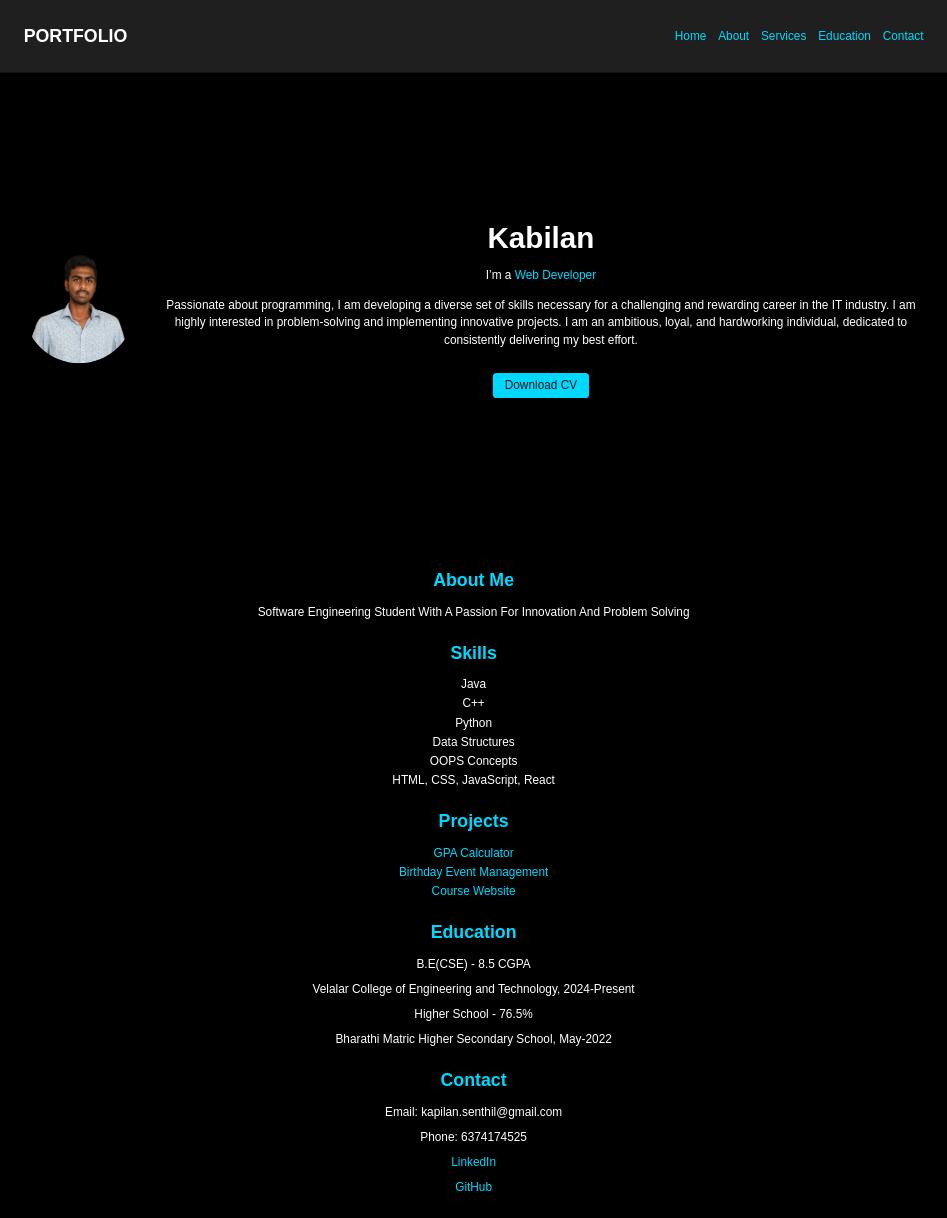
Repository: KabilanCoding/Kabilan_Portfolio
Page: /
An editor plug-in stored every save of this project. The page is shown before and after the next save, followed by the edit.
The browser window is 1280 px wide. The pictures show the whole page, at 74% of full size.
The project was rebuilt for these pictures with package versions that can differ from the ones it lists, and the page was loaded fresh each time.

Above is the page before, as saved 2024-07-23 20:23:05.

### src/App.js
import React from 'react';
import Home from './components/Home';
import About from './components/About';
import Skills from './components/Skills';
import Projects from './components/Projects';
import Education from './components/Education';
import Contact from './components/Contact';
import './App.css';  // Assuming you have a CSS file for styling

const App = () => {
    return (
        <div className="App">
            <Home />
            <About />
            <Skills />
            <Projects />
            <Education />
            <Contact />
        </div>
    );
};

export default App;

### src/components/Home.js
import React from 'react';
import './Home.css';  // Assuming you have a CSS file for styling
import profilePic from '../images/1.png';  // Adjust the path

const Home = () => {
    return (
        <div className="home">
            <nav className="navbar">
                <div className="logo">PORTFOLIO</div>
                <ul>
                    <li><a href="#home">Home</a></li>
                    <li><a href="#about">About</a></li>
                    <li><a href="#services">Services</a></li>
                    <li><a href="#education">Education</a></li>
                    <li><a href="#contact">Contact</a></li>
                </ul>
            </nav>
            <header className="header">
                <div className="profile-pic">
                    <img src={profilePic} alt="Kabilan" />
                </div>
                <div className="intro">
                    <h1>Kabilan</h1>
                    <p>I’m a <span>Web Developer</span></p>
                    <p>Passionate about programming, I am developing a diverse set of skills necessary for a challenging and rewarding career in the IT industry. I am highly interested in problem-solving and implementing innovative projects. I am an ambitious, loyal, and hardworking individual, dedicated to consistently delivering my best effort.</p>
                    <a href="https://drive.google.com/file/d/1bl25H6iOfh6Fz0hQTN4TIENDvZRnPhfm/view?usp=sharing" className="download-cv" target="_blank" rel="noopener noreferrer">
                        Download CV
                    </a>
                </div>
            </header>
        </div>
    );
};

export default Home;

### src/components/About.js
import React from 'react';

const About = () => {
    return (
        <div className="about">
            <h2>About Me</h2>
            <p>Software Engineering Student With A Passion For Innovation And Problem Solving</p>
        </div>
    );
};

export default About;

### src/components/Skills.js
import React from 'react';

const Skills = () => {
    return (
        <div className="skills">
            <h2>Skills</h2>
            <ul>
                <li>Java</li>
                <li>C++</li>
                <li>Python</li>
                <li>Data Structures</li>
                <li>OOPS Concepts</li>
                <li>HTML, CSS, JavaScript, React</li>
            </ul>
        </div>
    );
};

export default Skills;

### src/components/Projects.js
import React from 'react';

const Projects = () => {
    return (
        <div className="projects">
            <h2>Projects</h2>
            <ul>
                <li><a href="https://github.com/KabilanCoding/GPA-">GPA Calculator</a></li>
                <li><a href="https://github.com/KabilanCoding/Birthday-Event-Management/tree/master">Birthday Event Management</a></li>
                <li><a href="https://github.com/KabilanCoding/Course_Website">Course Website</a></li>
            </ul>
        </div>
    );
};

export default Projects;

### src/components/Education.js
import React from 'react';

const Education = () => {
    return (
        <div className="education">
            <h2>Education</h2>
            <p>B.E(CSE) - 8.5 CGPA</p>
            <p>Velalar College of Engineering and Technology, 2024-Present</p>
            <p>Higher School - 76.5%</p>
            <p>Bharathi Matric Higher Secondary School, May-2022</p>
        </div>
    );
};

export default Education;

### src/components/Contact.js
import React from 'react';

const Contact = () => {
    return (
        <div className="contact">
            <h2>Contact</h2>
            <p>Email: kapilan.senthil@gmail.com</p>
            <p>Phone: 6374174525</p>
            <p><a href="https://www.linkedin.com/in/kabilan-s-5602242a4/">LinkedIn</a></p>
            <p><a href="https://github.com/KabilanCoding/">GitHub</a></p>
        </div>
    );
};

export default Contact;

### src/App.css
.App {
  text-align: center;
}

.about, .skills, .projects, .education, .contact {
  margin: 2rem;
}

h2 {
  color: #00d9ff;
}

ul {
  list-style: none;
  padding: 0;
}

li {
  margin: 0.5rem 0;
}

a {
  color: #00d9ff;
  text-decoration: none;
}

a:hover {
  text-decoration: underline;
}

### src/components/Home.css
body {
    margin: 0;
    font-family: Arial, sans-serif;
    background-color: #000000;
    color: #ffffff;
}

.navbar {
    display: flex;
    justify-content: space-between;
    align-items: center;
    padding: 1rem 2rem;
    background-color: #1f1f1f;
}

.navbar .logo {
    font-size: 1.5rem;
    font-weight: bold;
}

.navbar ul {
    list-style: none;
    display: flex;
    gap: 1rem;
}

.navbar ul li {
    cursor: pointer;
}

.header {
    display: flex;
    align-items: center;
    justify-content: center;
    padding: 2rem;
    height: 80vh;
}

.profile-pic img {
    border-radius: 50%;
    width: 150px;
    height: 150px;
}

.intro {
    margin-left: 2rem;
}

.intro h1 {
    font-size: 2.5rem;
    margin: 0;
}

.intro p {
    font-size: 1rem;
    line-height: 1.5;
}

.intro span {
    color: #00d9ff;
}

.download-cv {
    display: inline-block;
    padding: 0.5rem 1rem;
    background-color: #00d9ff;
    color: #121212;
    text-decoration: none;
    font-size: 1rem;
    border-radius: 5px;
    margin-top: 1rem;
    transition: background-color 0.3s ease;
}

.download-cv:hover {
    background-color: #00b4cc;
}

Loaded but not shown: public/index.html (common file); src/index.js (common file); src/index.css (common file); src/reportWebVitals.js (common file)

After the next save:
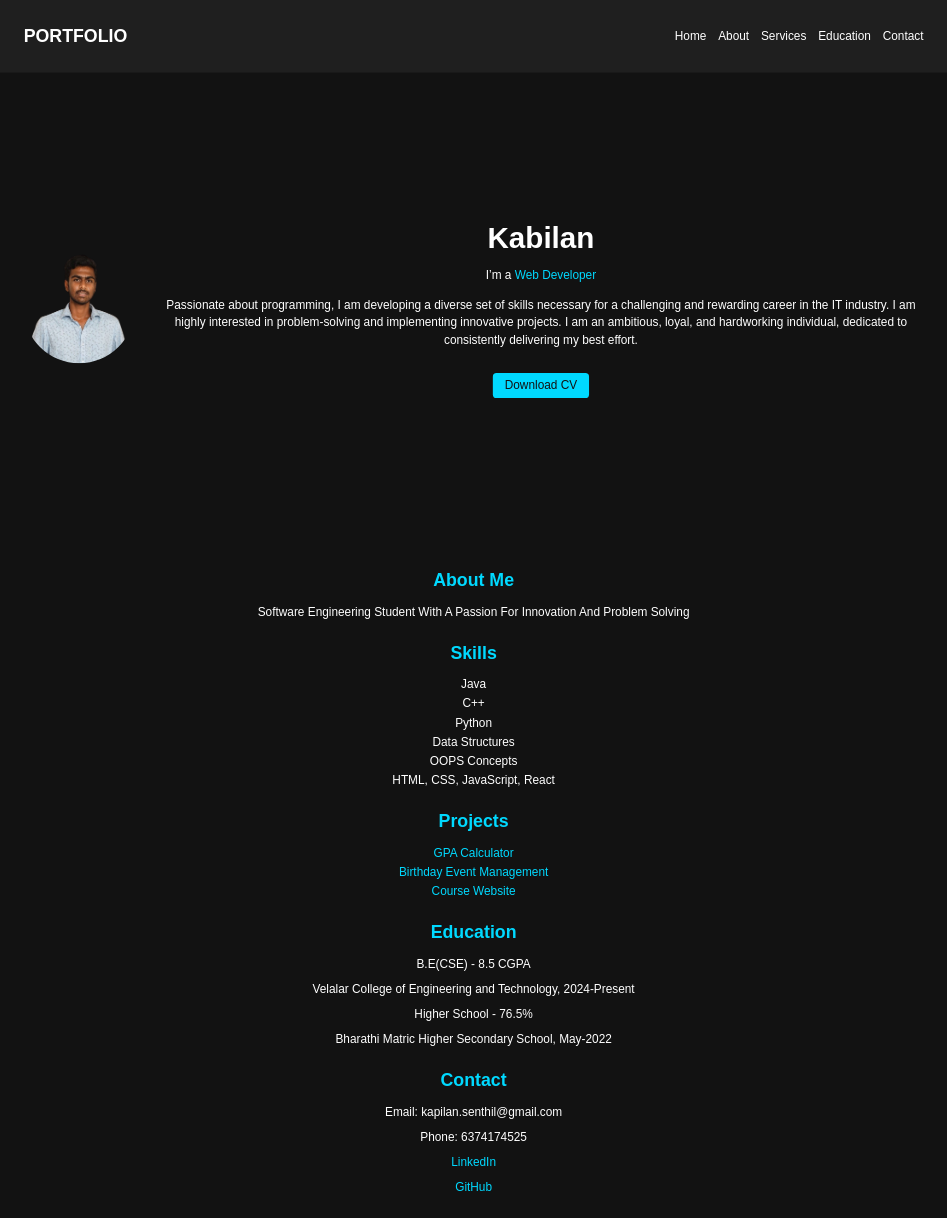
Saved 21 s later.
--- a/src/components/Home.css
+++ b/src/components/Home.css
@@ -1,7 +1,7 @@
 body {
     margin: 0;
     font-family: Arial, sans-serif;
-    background-color: #000000;
+    background-color: #121212;
     color: #ffffff;
 }
 
@@ -26,6 +26,11 @@ body {
 
 .navbar ul li {
     cursor: pointer;
+}
+
+.navbar ul li a {
+    color: inherit;
+    text-decoration: none;
 }
 
 .header {
